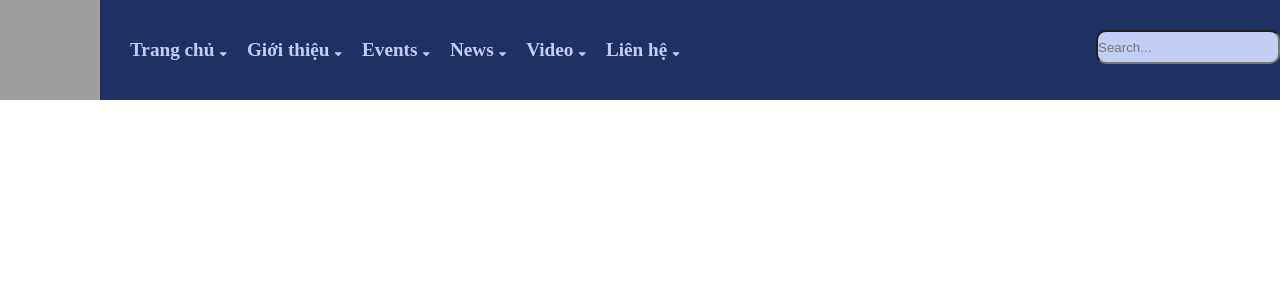
Repository: Luong-tung/newtopics
Page: index2.html
An editor plug-in stored every save of this project. The page is shown before and after the next save, followed by the edit.
The browser window is 1280 px wide. The page is 1280 px wide, then 1282 px, so the pictures cover 1282 px, including what lies to the right of the window. The pictures show the whole page.
Pictures or frames that could not be fetched are drawn as grey boxes. Some web libraries are served in a nearby version.

Above is the page before, as saved 2021-10-07 22:29:11.

After the next save:
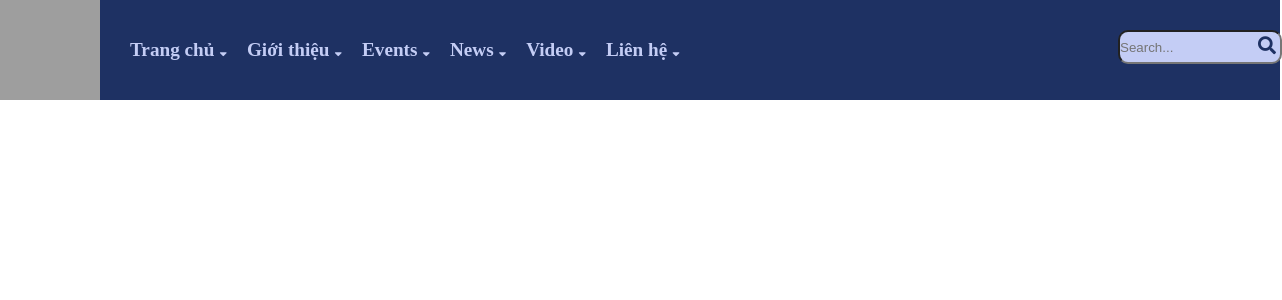
Saved 35 s later.
--- a/iu2.css
+++ b/iu2.css
@@ -56,12 +56,9 @@
 
 }
 .header .search input{
-    width: 180px;
+    width: 160px;
     height: 30px;
     background-color:#c4cdf5;
     border-radius: 10px;
     margin-top: 30px;
 }
-.header .search input:checked, .search i{
-    display: none;
-}
